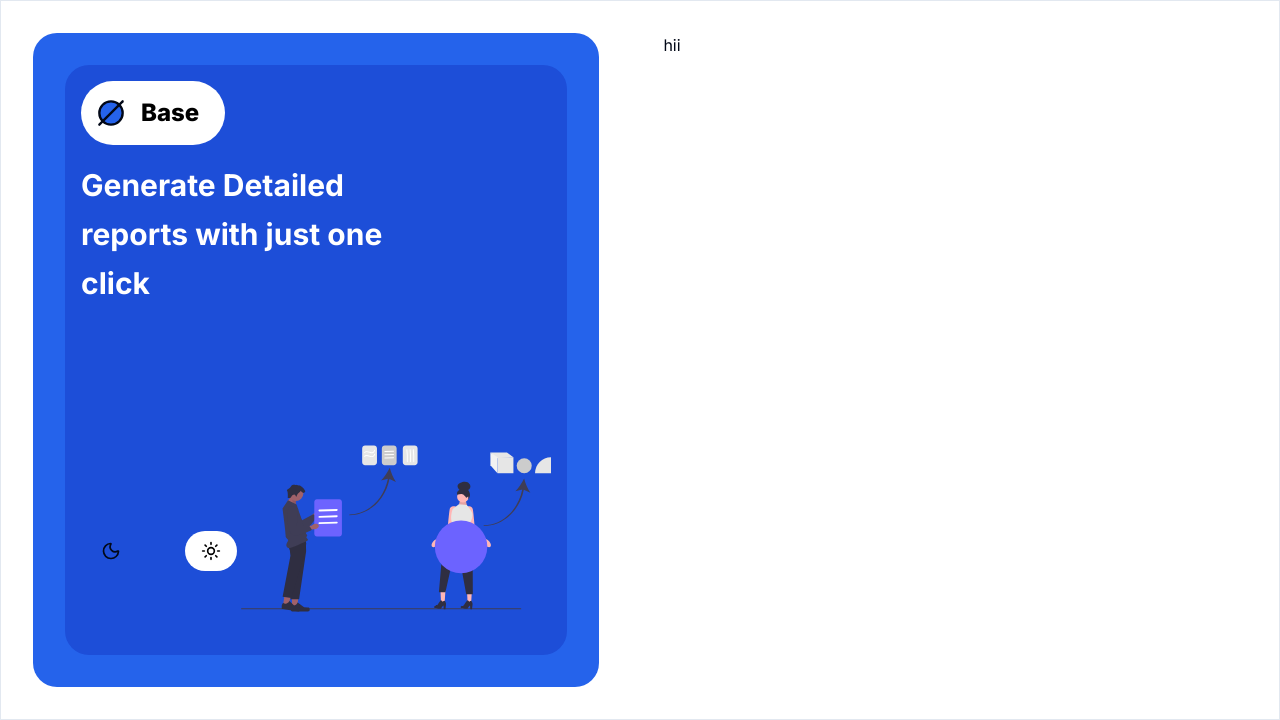
Repository: Hardyy00/openinapp_assignment
Page: /
An editor plug-in stored every save of this project. The page is shown before and after the next save, followed by the edit.
The browser window is 1280 px wide. The pictures show the whole page.
The project was rebuilt for these pictures with package versions that can differ from the ones it lists, and the page was loaded fresh each time. The framework's server and built-in components were replaced by stand-ins that run in the browser. Also part of the build but not shown: next.config.mjs.

Above is the page before, as saved 2024-08-23 15:38:49.

After the next save:
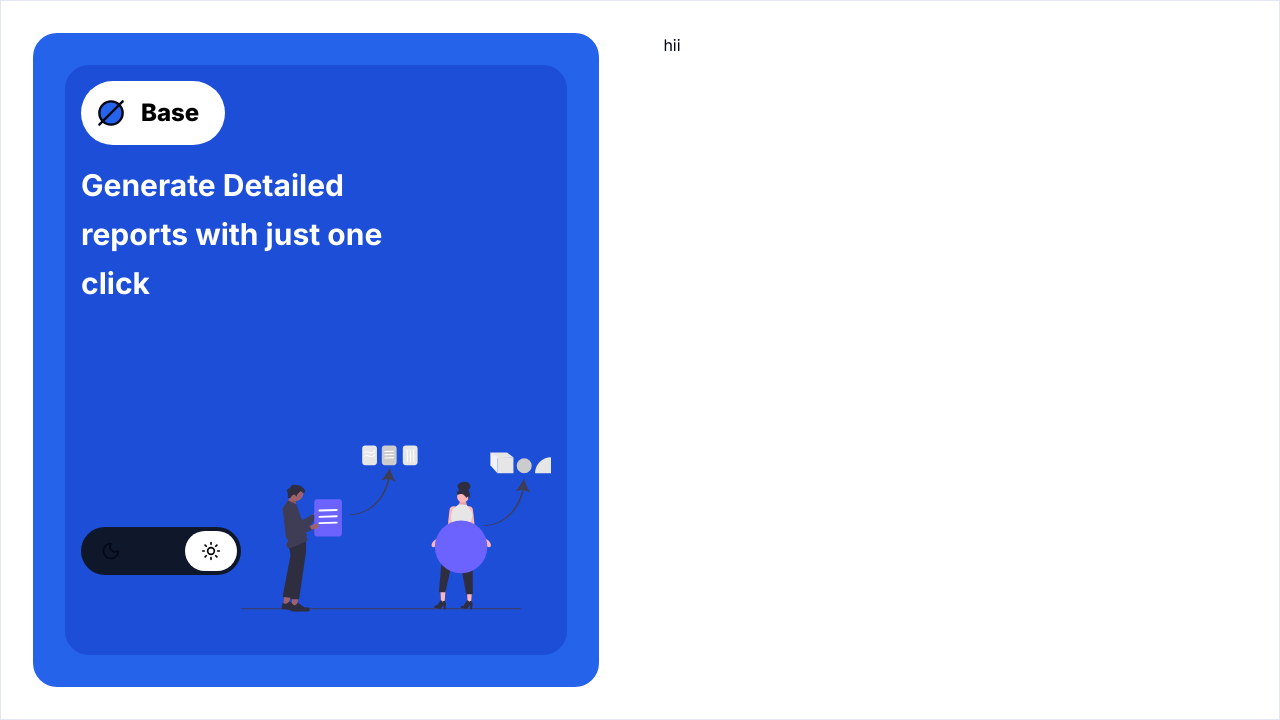
Saved 19 s later.
--- a/components/theme-toggle.tsx
+++ b/components/theme-toggle.tsx
@@ -21,7 +21,7 @@ export const ThemeToggle = () => {
   };
 
   return (
-    <div className="w-[10rem] p-1 rounded-full bg-">
+    <div className="w-[10rem] p-1 rounded-full bg-secondary-foreground">
       <div className="flex w-full items-center justify-between">
         <Button
           variant={"ghost"}
